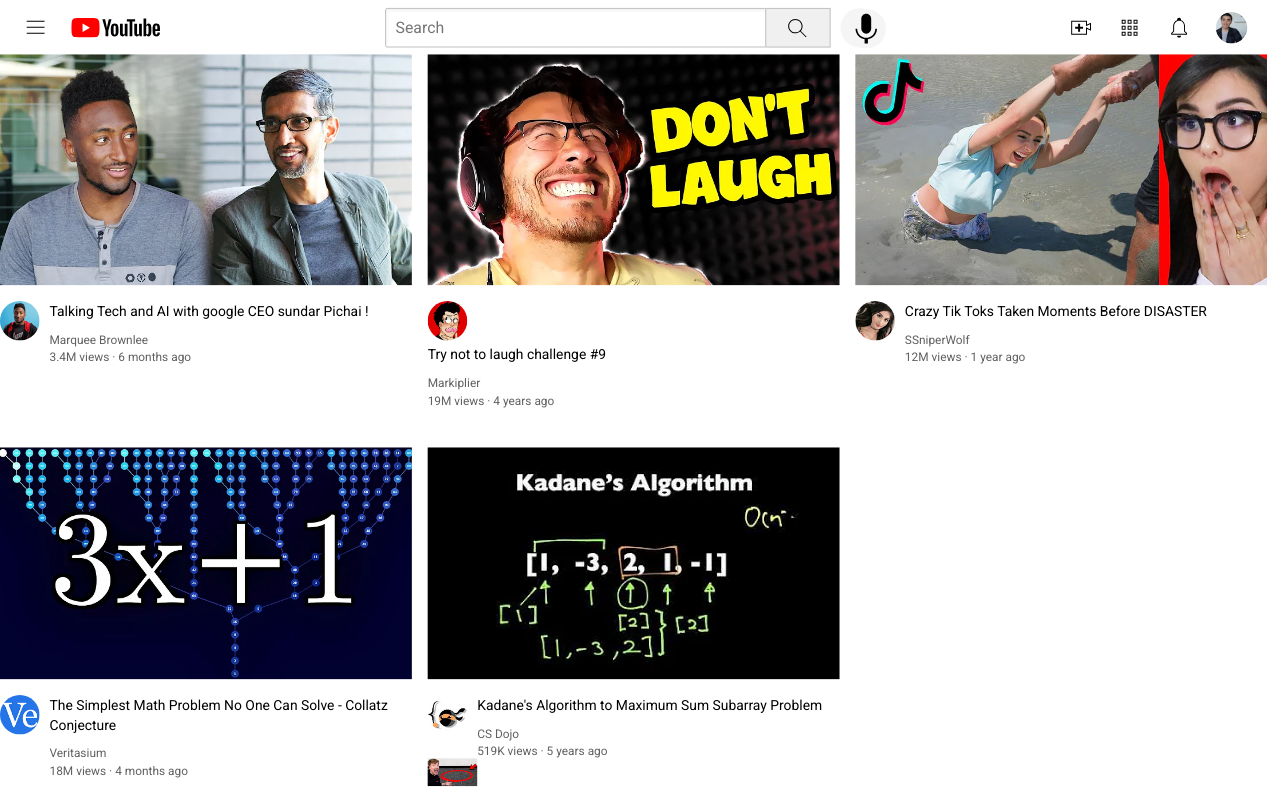
Repository: knowledgeAlan/html-css-thirteen
Page: youtube.html
The author's editor kept a copy of each file at every save. The page is drawn from the files as they stood at one save, then again after the next save.
The browser window is 1280 px wide. The pictures show the whole page, at 99% of full size.

Above is the page before, as saved 2024-03-19 18:09:35.

After the next save:
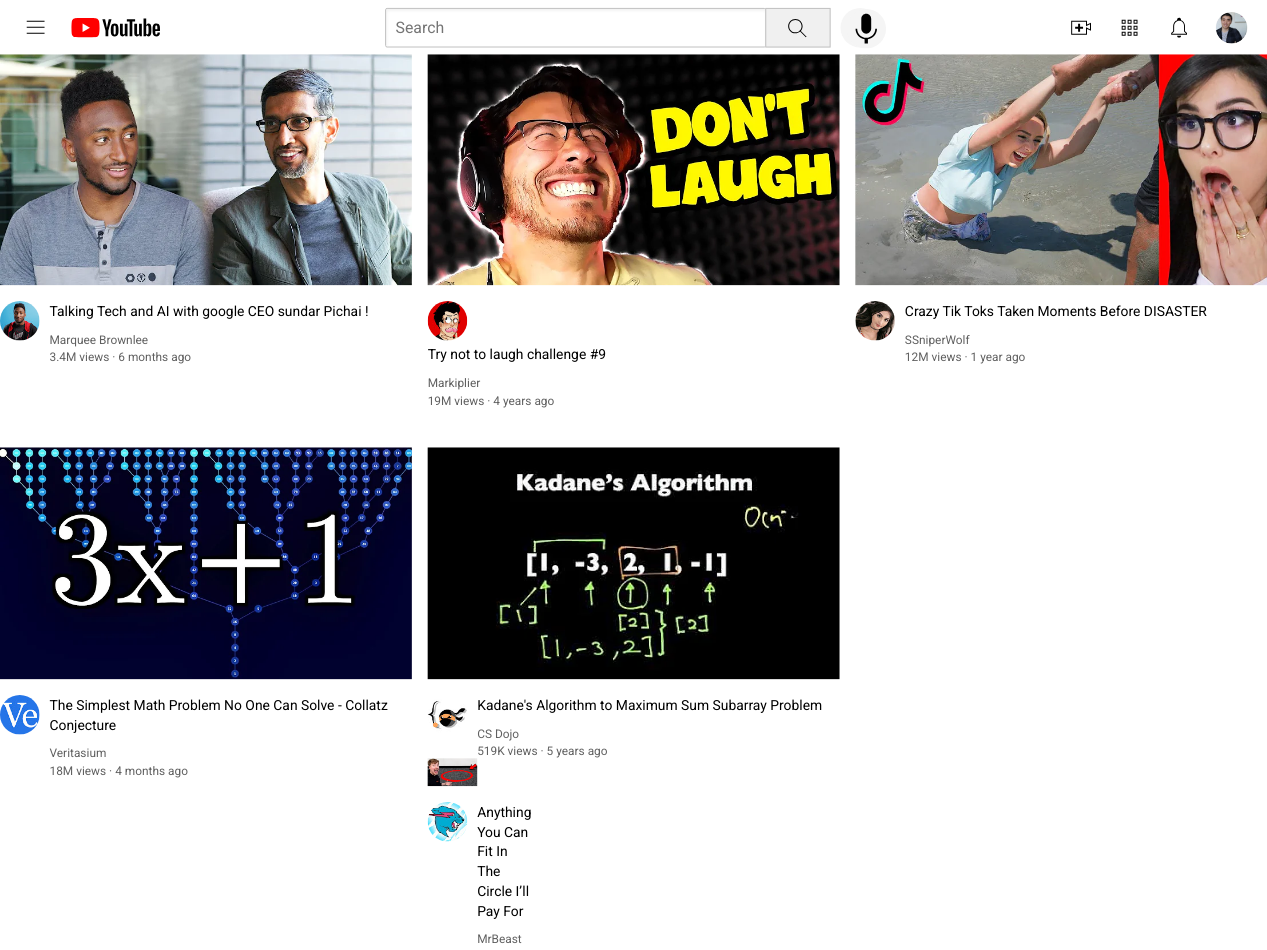
Saved 11 min 17 s later.
--- a/youtube.html
+++ b/youtube.html
@@ -200,6 +200,20 @@
                     <img class="thumbnail" src="thumbnails/thumbnail-6.webp">
                 </div>
 
+                <div class="video-info-grid">
+                    <div class="channel-picture">
+                        <img class="profile-picture" src="channel-pictures/channel-6.jpeg">
+                    </div>
+                    <div class="video-info">
+                        <p class="video-title">
+                            Anything You Can Fit In The Circle I’ll Pay For
+                        </p>
+
+                        <p class="video-author">
+                            MrBeast
+                        </p>
+                    </div>
+                </div>
 
             </div>
 
